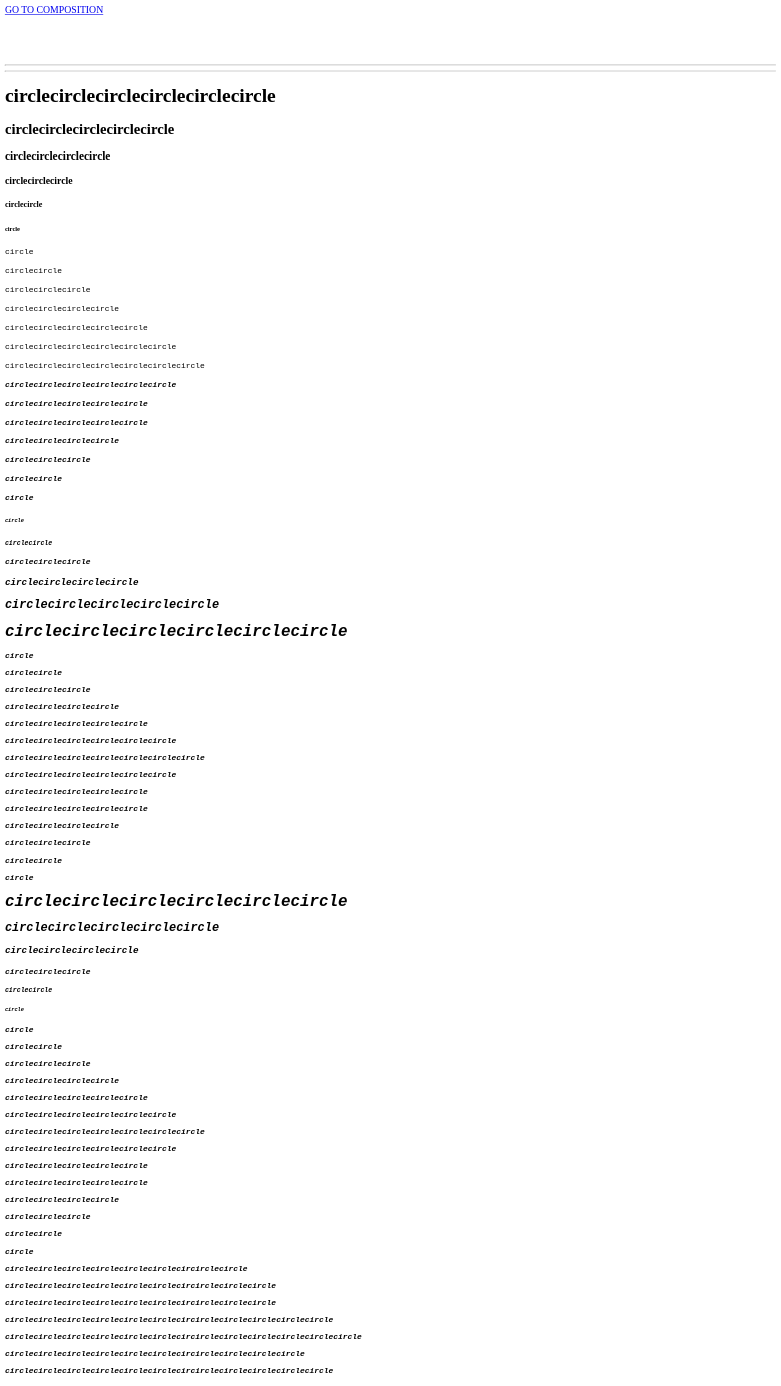
Repository: parkh899/parkh899.github.io
Page: project-name/index.html
The author's editor kept a record of every edit. The page is drawn from the files as they stood at one moment, then again after the next edit.
The browser window is 1280 px wide. The pictures show the whole page, at 61% of full size.

Above is the page before.

After the next edit:
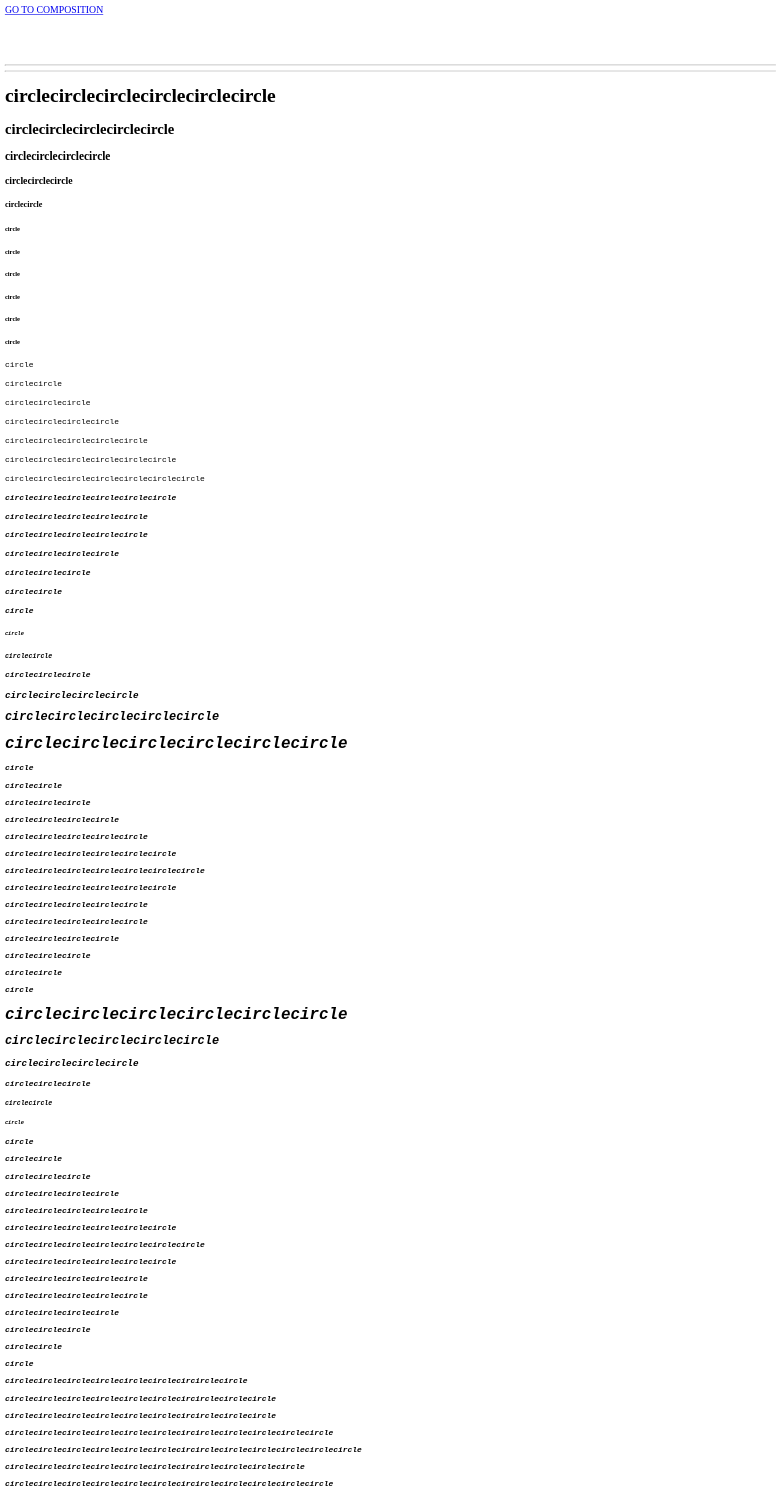
The edit:
--- a/project-name/index.html
+++ b/project-name/index.html
@@ -18,6 +18,12 @@
 <h4>circlecirclecircle</h4>
 <h5>circlecircle</h5>
 <h6>circle</h6>
+<h6>circle</h6>
+<h6>circle</h6>
+<h6>circle</h6>
+<h6>circle</h6>
+<h6>circle</h6>
+
 <p><code> circle <p><code>
 <p><code> circlecircle <p><code>
 <p><code> circlecirclecircle<p><code>
